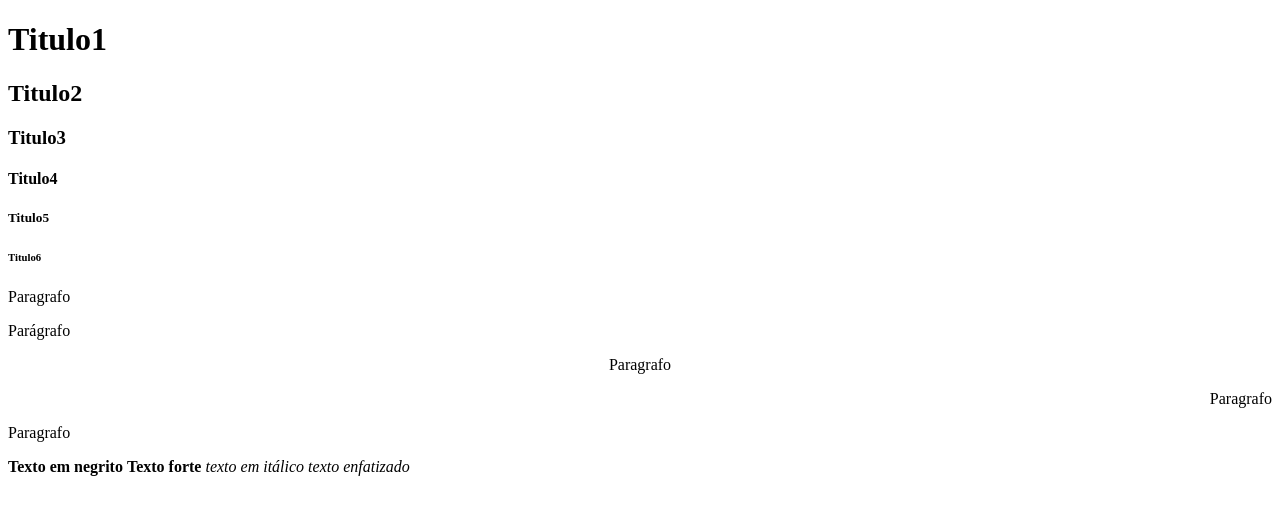
Repository: EmanuelUrbano/introducao_a_tecnologias
Page: estudos/estudo_html/index.html
An editor plug-in stored every save of this project. The page is shown before and after the next save, followed by the edit.
The browser window is 1280 px wide. The pictures show the whole page.

Above is the page before, as saved 2022-04-03 12:16:54.

After the next save:
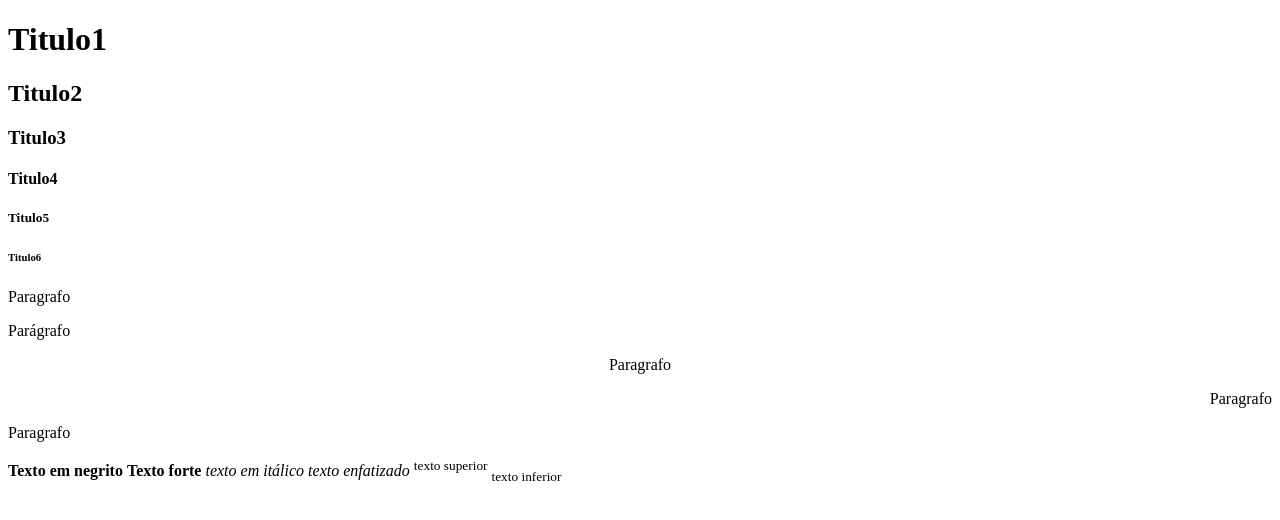
Saved 2 min 36 s later.
--- a/estudos/estudo_html/index.html
+++ b/estudos/estudo_html/index.html
@@ -20,5 +20,7 @@
         <strong>Texto forte</strong>
         <i>texto em itálico</i>
         <em>texto enfatizado</em>
+        <sup>texto superior</sup>
+        <sub>texto inferior</sub>
     </body>
 </html>
